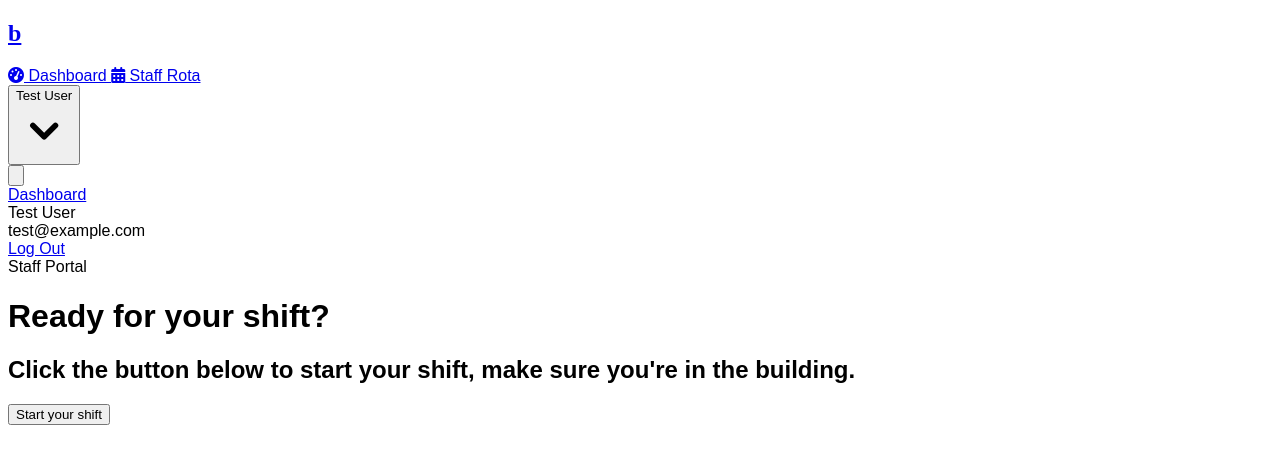
Repository: SimplyBrandon/blue-lounge
Page: http://localhost/rota
The author's editor kept a copy of each file at every save. The page is drawn from the files as they stood at one save, then again after a run of saves.
The browser window is 1280 px wide. The pictures show the whole page.
Some web libraries are served in a nearby version. The page is served by the project's Laravel application, run on PHP 8.4 with Laravel 8. A made-up administrator, Test User (test@example.com), is signed in. Other server files are loaded and not shown.

Above is the page before, as saved 2021-10-23 15:35:34.

### routes/web.php
<?php

use Illuminate\Support\Facades\Route;

/*
|--------------------------------------------------------------------------
| Web Routes
|--------------------------------------------------------------------------
|
| Here is where you can register web routes for your application. These
| routes are loaded by the RouteServiceProvider within a group which
| contains the "web" middleware group. Now create something great!
|
*/

Route::get('/', function () {
    return view('welcome');
})->name('welcome');

Route::get('/dashboard', function () {
    return view('dashboard');
})->middleware(['auth'])->name('dashboard');

Route::get('/rota', function(){
    return view('staff.rota');
})->middleware(['auth'])->name('rota');

require __DIR__.'/auth.php';

### resources/views/staff/rota.blade.php
@extends('layouts.app')

@section('content')
    <div class="flex items-start max-w-7xl mx-auto mt-10 px-4 sm:px-6 lg:px-8">
        <div class="flex flex-col flex-grow mr-10">

        </div>
        <div class="flex flex-col" style="min-width: 340px;">
            <div class="flex flex-col bg-blue-400 rounded-md bg-opacity-20 justify-center p-10" style="font-family: 'Quicksand', sans-serif">
                <h1 class="font-semibold text-2xl text-white tracking-wider" style="font-family: 'Bebas Neue', sans-serif">Ready for your shift?</h1>
                <h2 class="text-gray-300 text-justify text-sm mt-2">Click the button below to start your shift, make sure you're in the building.</h2>

                <button type="button" class="bg-blue-400 hover:bg-blue-500 w-full mt-10 py-3 text-white text-sm uppercase font-semibold tracking-wide rounded-md shadow-md transition ease duration-200">Start your shift</button>
            </div>
        </div>
    </div>

    <script>

    </script>
@endsection

### resources/views/layouts/app.blade.php
<!DOCTYPE html>
<html lang="{{ str_replace('_', '-', app()->getLocale()) }}">
    <head>
        <meta charset="utf-8">
        <meta name="viewport" content="width=device-width, initial-scale=1">
        <meta name="csrf-token" content="{{ csrf_token() }}">

        <title>{{ config('app.name', 'Laravel') }}</title>

        <!-- Fonts -->
        <link rel="stylesheet" href="https://fonts.googleapis.com/css2?family=Nunito:wght@400;600;700&display=swap">

        <!-- Styles -->
        <link rel="stylesheet" href="{{ asset('css/app.css') }}">

        <!-- Scripts -->
        <script src="{{ asset('js/app.js') }}" defer></script>
        <script type="text/javascript" src="https://cdn.jsdelivr.net/npm/chart.js@3.5.1/dist/chart.min.js"></script>
    </head>
    <body class="font-sans antialiased">
        <div class="min-h-screen bg-gray-900">
            @include('layouts.navigation')

            <!-- Page Heading -->
            <header class="bg-gray-800 shadow">
                <div class="max-w-7xl mx-auto py-6 px-4 sm:px-6 lg:px-8 tracking-wide text-white text-2xl font-semibold" style="font-family: 'Quicksand', sans-serif">
                    Staff Portal
                </div>
            </header>

            <!-- Page Content -->
            <main>
                @yield('content')
            </main>
        </div>

        <script src="https://code.jquery.com/jquery-3.6.0.min.js" integrity="sha256-/xUj+3OJU5yExlq6GSYGSHk7tPXikynS7ogEvDej/m4=" crossorigin="anonymous"></script>
        <script type="text/javascript" src="{{ asset('js/parallax.min.js') }}"></script>
        <script src="https://kit.fontawesome.com/69ebd03f48.js" crossorigin="anonymous"></script>
    </body>
</html>

### resources/views/layouts/navigation.blade.php
<nav x-data="{ open: false }" class="bg-gray-800 border-b border-gray-900" style="font-family: 'Quicksand', sans-serif">
    <!-- Primary Navigation Menu -->
    <div class="max-w-7xl mx-auto px-4 sm:px-6 lg:px-8">
        <div class="flex justify-between h-16">
            <div class="flex">
                <!-- Logo -->
                <div class="flex-shrink-0 flex items-center">
                    <a href="{{ route('dashboard') }}">
                        <h2 class="font-semibold text-blue-400 text-4xl" style="font-family: 'Righteous', cursive">b</h2>
                    </a>
                </div>

                <!-- Navigation Links -->
                <div class="hidden space-x-8 sm:-my-px sm:ml-10 sm:flex">
                    <x-nav-link :href="route('dashboard')" :active="request()->routeIs('dashboard')">
                        <i class="fa fa-tachometer mr-3"></i> {{ __('Dashboard') }}
                    </x-nav-link>
                    <x-nav-link :href="route('rota')" :active="request()->routeIs('rota')">
                        <i class="fa fa-calendar mr-3"></i> {{ __('Staff Rota') }}
                    </x-nav-link>
                </div>
            </div>

            <!-- Settings Dropdown -->
            <div class="hidden sm:flex sm:items-center sm:ml-6">
                <x-dropdown align="right" width="48">
                    <x-slot name="trigger">
                        <button class="flex items-center text-sm font-medium text-white hover:text-blue-400 hover:border-gray-300 focus:outline-none focus:text-blue-300 focus:border-gray-300 transition duration-150 ease-in-out">
                            <div>{{ Auth::user()->name }}</div>

                            <div class="ml-1">
                                <svg class="fill-current h-4 w-4" xmlns="http://www.w3.org/2000/svg" viewBox="0 0 20 20">
                                    <path fill-rule="evenodd" d="M5.293 7.293a1 1 0 011.414 0L10 10.586l3.293-3.293a1 1 0 111.414 1.414l-4 4a1 1 0 01-1.414 0l-4-4a1 1 0 010-1.414z" clip-rule="evenodd" />
                                </svg>
                            </div>
                        </button>
                    </x-slot>

                    <x-slot name="content">
                        <x-dropdown-link :href="route('welcome')">{{ __('Account Settings') }}</x-dropdown-link>
                        <div class="w-full h-px bg-gray-800"></div>
                        <form method="POST" action="{{ route('logout') }}">@csrf
                            <x-dropdown-link :href="route('logout')" onclick="event.preventDefault(); this.closest('form').submit();">
                                {{ __('Log Out') }}
                            </x-dropdown-link>
                        </form>
                    </x-slot>
                </x-dropdown>
            </div>

            <!-- Hamburger -->
            <div class="-mr-2 flex items-center sm:hidden">
                <button @click="open = ! open" class="inline-flex items-center justify-center p-2 rounded-md text-gray-400 hover:text-gray-500 hover:bg-gray-100 focus:outline-none focus:bg-gray-100 focus:text-gray-500 transition duration-150 ease-in-out">
                    <svg class="h-6 w-6" stroke="currentColor" fill="none" viewBox="0 0 24 24">
                        <path :class="{'hidden': open, 'inline-flex': ! open }" class="inline-flex" stroke-linecap="round" stroke-linejoin="round" stroke-width="2" d="M4 6h16M4 12h16M4 18h16" />
                        <path :class="{'hidden': ! open, 'inline-flex': open }" class="hidden" stroke-linecap="round" stroke-linejoin="round" stroke-width="2" d="M6 18L18 6M6 6l12 12" />
                    </svg>
                </button>
            </div>
        </div>
    </div>

    <!-- Responsive Navigation Menu -->
    <div :class="{'block': open, 'hidden': ! open}" class="hidden sm:hidden">
        <div class="pt-2 pb-3 space-y-1">
            <x-responsive-nav-link :href="route('dashboard')" :active="request()->routeIs('dashboard')">
                {{ __('Dashboard') }}
            </x-responsive-nav-link>
        </div>

        <!-- Responsive Settings Options -->
        <div class="pt-4 pb-1 border-t border-gray-200">
            <div class="px-4">
                <div class="font-medium text-base text-gray-800">{{ Auth::user()->name }}</div>
                <div class="font-medium text-sm text-gray-500">{{ Auth::user()->email }}</div>
            </div>

            <div class="mt-3 space-y-1">
                <!-- Authentication -->
                <form method="POST" action="{{ route('logout') }}">
                    @csrf

                    <x-responsive-nav-link :href="route('logout')"
                            onclick="event.preventDefault();
                                        this.closest('form').submit();">
                        {{ __('Log Out') }}
                    </x-responsive-nav-link>
                </form>
            </div>
        </div>
    </div>
</nav>

### resources/views/components/nav-link.blade.php
@props(['active'])

@php $classes = ($active ?? false) ? 'inline-flex items-center px-1 pt-1 text-sm font-medium leading-5 text-white focus:outline-none transition duration-150 ease-in-out' : 'inline-flex items-center px-1 pt-1 text-sm font-medium leading-5 text-gray-400 focus:outline-none transition duration-150 ease-in-out hover:text-blue-500'; @endphp

<a {{ $attributes->merge(['class' => $classes]) }}>
    {{ $slot }}
</a>

### resources/views/components/dropdown-link.blade.php
<a {{ $attributes->merge(['class' => 'block px-4 py-2 text-sm leading-5 text-gray-500 focus:outline-none hover:text-blue-400 transition duration-150 ease-in-out']) }}>{{ $slot }}</a>

### resources/views/components/dropdown.blade.php
@props(['align' => 'right', 'width' => '48', 'contentClasses' => 'py-1 bg-white'])

@php
switch ($align) {
    case 'left':
        $alignmentClasses = 'origin-top-left left-0';
        break;
    case 'top':
        $alignmentClasses = 'origin-top';
        break;
    case 'right':
    default:
        $alignmentClasses = 'origin-top-right right-0';
        break;
}

switch ($width) {
    case '48':
        $width = 'w-48';
        break;
}
@endphp

<div class="relative shadow-md" x-data="{ open: false }" @click.away="open = false" @close.stop="open = false">
    <div @click="open = ! open">
        {{ $trigger }}
    </div>

    <div x-show="open"
            x-transition:enter="transition ease-out duration-200"
            x-transition:enter-start="transform opacity-0 scale-95"
            x-transition:enter-end="transform opacity-100 scale-100"
            x-transition:leave="transition ease-in duration-75"
            x-transition:leave-start="transform opacity-100 scale-100"
            x-transition:leave-end="transform opacity-0 scale-95"
            class="absolute z-50 mt-2 {{ $width }} rounded-md shadow-lg {{ $alignmentClasses }}"
            style="display: none;"
            @click="open = false">
        <div class="bg-gray-900 border-gray-800 rounded-md ring-1 {{ $contentClasses }}">
            {{ $content }}
        </div>
    </div>
</div>

Loaded but not shown: routes/auth.php (common file); app/Models/User.php (common file); resources/views/components/responsive-nav-link.blade.php (common file); public/js/parallax.min.js (library); public/js/app.js (library)

After the next 2 saves:
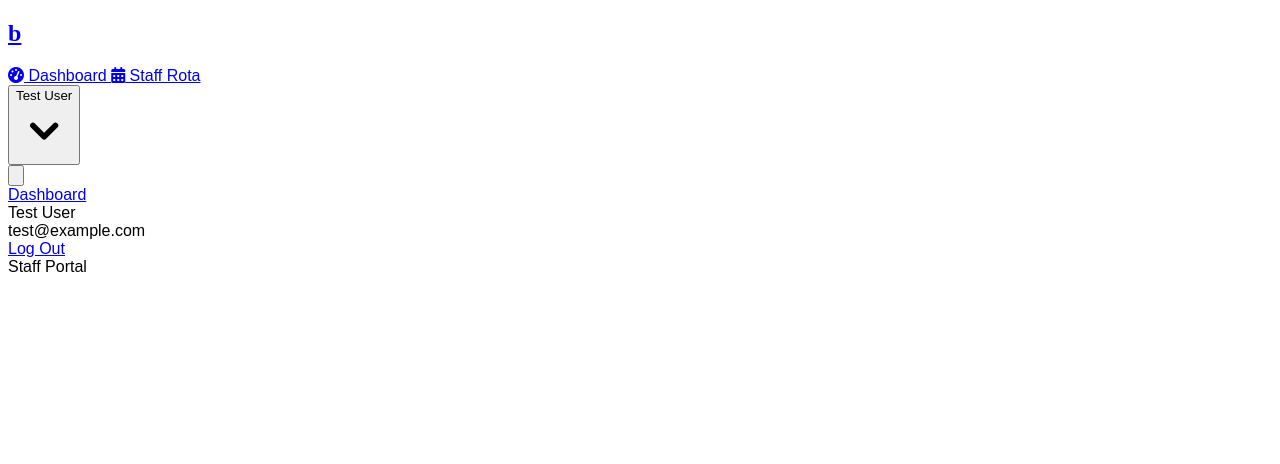
The 2 saves are shown as one change because they came seconds apart.
The last was saved 8 s later.
--- a/resources/views/staff/rota.blade.php
+++ b/resources/views/staff/rota.blade.php
@@ -5,14 +5,6 @@
         <div class="flex flex-col flex-grow mr-10">
 
         </div>
-        <div class="flex flex-col" style="min-width: 340px;">
-            <div class="flex flex-col bg-blue-400 rounded-md bg-opacity-20 justify-center p-10" style="font-family: 'Quicksand', sans-serif">
-                <h1 class="font-semibold text-2xl text-white tracking-wider" style="font-family: 'Bebas Neue', sans-serif">Ready for your shift?</h1>
-                <h2 class="text-gray-300 text-justify text-sm mt-2">Click the button below to start your shift, make sure you're in the building.</h2>
-
-                <button type="button" class="bg-blue-400 hover:bg-blue-500 w-full mt-10 py-3 text-white text-sm uppercase font-semibold tracking-wide rounded-md shadow-md transition ease duration-200">Start your shift</button>
-            </div>
-        </div>
     </div>
 
     <script>
